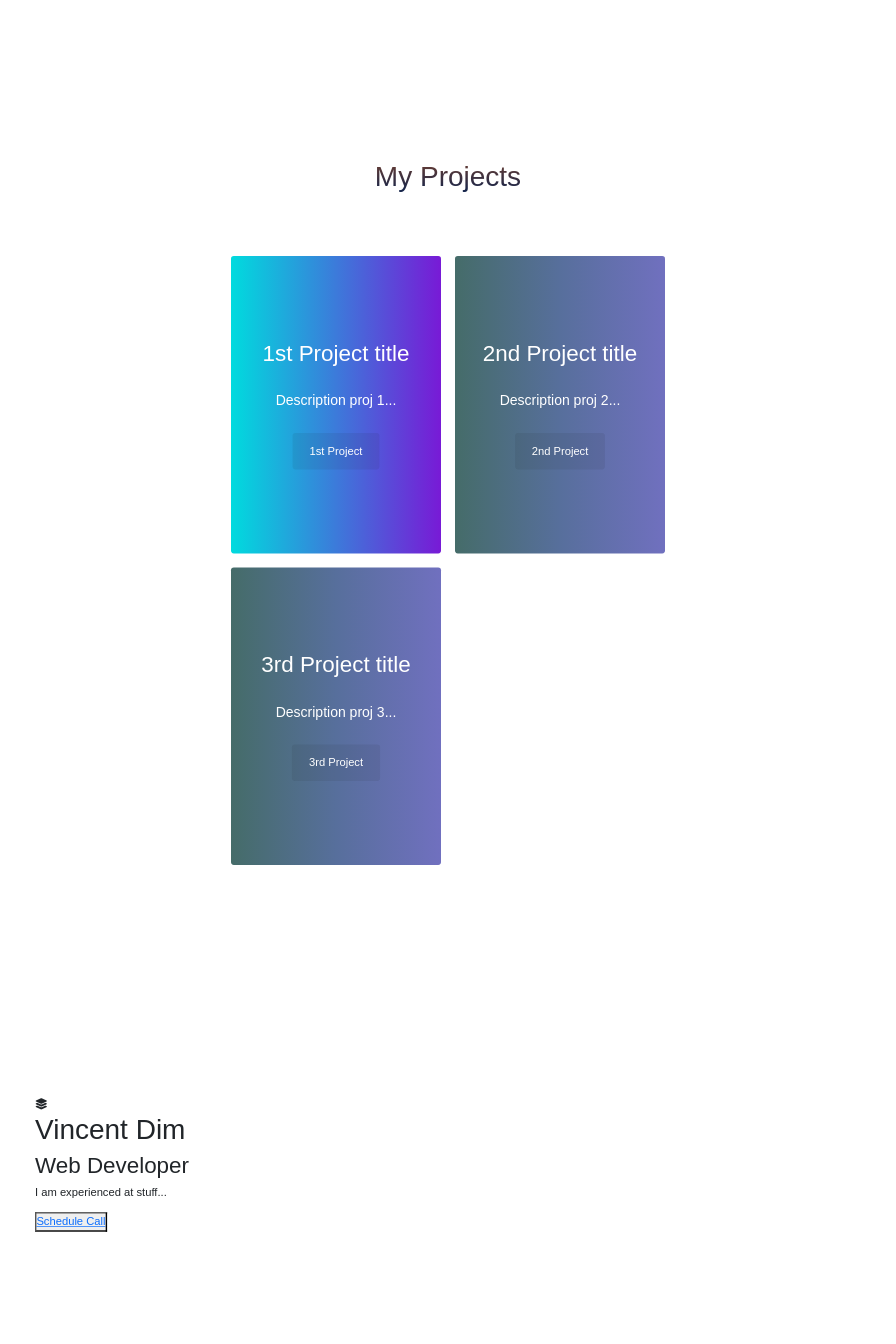
Repository: dvynchi/profile-2022
Page: index.html
These files come from the project's save history. The page is drawn as it stood at one moment and after the next save; the edit follows.
The browser window is 1280 px wide. The pictures show the part of the page from y = 871 to 2791 px (the page is 2791 px tall before and 2346 px after), at 70% of full size.
A picture or video elsewhere on the page could not be fetched, so the positions and the page height are approximate. Some web libraries are served in a nearby version.

Above is the page before, as saved 2022-08-15 12:41:09.

### index.html
<!DOCTYPE html>
<html lang="en">
<head>
    <meta charset="UTF-8">
    <meta http-equiv="X-UA-Compatible" content="IE=edge">
    <meta name="viewport" content="width=device-width, initial-scale=1.0">
    <title>Vincent Dim</title>
    <!-- embed remote icon library -->
    <script src="https://kit.fontawesome.com/f634dfbd28.js" crossorigin="anonymous"></script>
    <link rel="stylesheet" href="styles.css">
    <!-- embed remote style sheet - bootstrap -->
    <link rel="stylesheet" href="https://cdn.jsdelivr.net/npm/bootstrap@5.2.0/dist/css/bootstrap.min.css" rel="stylesheet" integrity="sha384-gH2yIJqKdNHPEq0n4Mqa/HGKIhSkIHeL5AyhkYV8i59U5AR6csBvApHHNl/vI1Bx" crossorigin="anonymous">
</head>

<body>

    <!-- Navbar Section -->

    <nav class="navbar">
        <div class="navbar_container">
            <a href="#about" id="navbar_logo"><i class="fa fa-home fa" aria-hidden="true"></i></a>  <!--<a> is used to create hyperlink named color-->

            <!--create hamburger menu (3 bars)-->

            <div class="navbar_toggle" id="mobile-menu">
                <span class="bar"></span>
                <span class="bar"></span>
                <span class="bar"></span>
            </div>

            <!--CREATE NAV MENU-->

            <ul class="navbar_menu">
                <!-- <li class="navbar_item">
                    <a href="#home" class="navbar_links" id="home-page">Home</a>
                </li> -->

                <li class="navbar_item">
                    <a href="#about" class="navbar_links" id="about-page">About</a>
                </li>

                <li class="navbar_item">
                    <a href="#projects" class="navbar_links" id="projects-page">Projects</a>
                </li>

                <li class="navbar_item">
                    <a href="#contact" class="navbar_links" id="contact-page">Contact Me</a>
                </li>

            </ul>
        </div>
    </nav>

    <!-- ABOUT SECTION -->
    <div class="main" id="about">
        <div class="main_container">
             <!-- SIDE BAR SECTION -->
             <div class="row">
                <div class="col-md-4 mt-1">
                    <div class="card text-center sidebar">
                        <div class="card-body">
                            <img src="vincent-image.jpg" class="rounded-circle" width="150" alt="profile picture here">
                            <div class="mt-3"><h3>Vincent Dim</h3></div>
                        </div>
                    </div>
                </div>

                <div class="col-md-8 mt-1">
                    <div class="card mb-3 content">
                        <h1 class="m-3 pt-3">About</h1>
                        <div class="card-body">
                            <div class="row">
                                <div class="col-md-3"><h5>Name</h5></div>
                                <div class="col-md-9 text-secondary"> Vincent Dim </div>
                            </div>
                            <hr> <!-- line break -->

                            <div class="row">
                                <div class="col-md-3"><h5>Email</h5></div>
                                <div class="col-md-9 text-secondary"> dvynchi@gmail.com</div>
                            </div>
                            <hr> <!-- line break -->

                            <div class="row">
                                <div class="col-md-3"><h5>Phone</h5></div>
                                <div class="col-md-9 text-secondary">647 704 2657</div>
                            </div>
                            <hr> <!-- line break -->

                            <div class="row">
                                <div class="col-md-3"><h5>Address</h5></div>
                                <div class="col-md-9 text-secondary">118 Vaughan Street, Guelph, ON</div>
                            </div>
                        </div>
                    </div>

                    <div class="card mb-3 content">
                        <h1 class="m-3">Portfolio</h1>
                        <div class="card-body">
                            <div class="row">
                                <div class="col-md-3">
                                    <h5>Current Portfolio</h5>
                                </div>
                                <div class="col-md-9 text-secondary">Link</div>
                            </div>
                        </div>
                    </div>
                </div>
            </div>
        </div>
    </div>

    <!-- PROJECTS SECTION (use image tag in place of p to insert an image)-->

    <div class="projects" id="projects">
        <h1>My Projects</h1>
        <div class="projects_wrapper">
            <div class="projects_card">
                <h2>1st Project title</h2>
                <p>Description proj 1...</p>
                <div class="projects_btn"><button>1st Project</button></div>
            </div>
            <!-- ------------------------- -->
            <div class="projects_card">
                <h2>2nd Project title</h2>
                <p>Description proj 2...</p>
                <div class="projects_btn"><button>2nd Project</button></div>
            </div>
            <!-- ------------------------- -->
            <div class="projects_card">
                <h2>3rd Project title</h2>
                <p>Description proj 3...</p>
                <div class="projects_btn"><button>3rd Project</button></div>
            </div>
        </div>
    </div>

    <!-- CONTACT SECTION (use image tag in place of p to insert an image)-->

    <div class="main" id="contact">
        <div class="main_container">
            <div class="main_img--container">
                <div class="main_img--card"><i class="fas fa-layer-group"></i></div>
            </div>
            <div class="main_content">
                <h1>Vincent Dim</h1>
                <h2>Web Developer</h2>
                <p>I am experienced at stuff...</p>
                <button class="main_btn"><a href="#">Schedule Call</a></button>
            </div>
        </div>
    </div>


    <!-- link app.js -->
    <!-- script tag is used to embed javascript-->
    <script src="app.js"></script>
</body>
</html>

### styles.css
* {
    box-sizing: border-box;
    margin: 0;
    padding: 0;
    font-family: 'Kumbh Sans', sans-serif;
    scroll-behavior: smooth;
}


/******************************************* NAVBAR SECTION ***********************************************/
.navbar {
    background: #131313;   /* Hex code */
    height: 80px;
    display: flex;
    justify-content: center;
    align-items: center;
    font-size: 1.4rem;        /* 1.4 x 16px */
    position: sticky;
    top: 0;
    z-index: 999;             /* so navbar is always on top when scrolling - prevents buttons from covering it*/
}

.navbar_container {
    display: flex;
    justify-content: space-between;
    text-align: center;
    height: 80px;
    z-index: 1;
    width: 100%;
    max-width: 1300px;
    margin: 0 auto ;           /* (top and bottom) (left and right) */
    padding: 0 50px;
}


/* id(#) is used to style only one element on the webpage */
/* class(.) is used to style multiple elements */


/* I added a logo as opposed to text */

#navbar_logo {
    margin: 10px;
    height: 60px;
    width: 60px;
    border-radius: 2px;
    display: flex;
    flex-direction: column;
    justify-content: center;
    color: #fff;
    background-image: linear-gradient(to right, #03324e 0%, #0e2d3e 100%);
}

.navbar_menu {
    display: flex;
    align-items: center;
    list-style: none;
}

.navbar_item {
    height: 80px;
}

.navbar_links {
    color: #fff;
    display: flex;
    align-items: center;
    justify-content: center;
    width: 125px;
    text-decoration: none;
    height: 100%;
    transition: all 0.3s ease;
}

/* button properties (if any)*/
.navbar_btn {
    display: flex;
    justify-content: center;
    align-items: center;
    padding: 0 1rem;
    width: 100%;
}

/* create color gradient for button --see uigradients.com */
.button {
    display: flex;
    justify-content: center;
    align-items: center;
    text-decoration: none;
    padding: 10px 20px;
    height: 100%;
    width: 100%;
    border: none;
    outline: none;
    border-radius: 4px;
    background: #833ab4;
    background: -webkit-linear-gradient(to right, #fcb045,#fd1d1d,#833ab4);
    background: linear-gradient(to right, #fcb045,#fd1d1d,#833ab4);
    color: #fff;
    transition: all 0.3s ease;
}

/* nav links glow upon hover */

.navbar_links:hover {
    color:#9518fc;
    transition: all 0.3s ease;
}

/* RESPONSIVENESS */
/* site adjusts width of display */
/* If [device width] is less than or equal to max-width do {..} */

@media screen and (max-width: 960px) {
    .navbar_container {
        display: flex;
        justify-content: space-between;
        height: 80px;
        z-index: 1;
        width: 100%;
        max-width: 1300px;
        padding: 0;
    }

    /* DROPDOWN PROPERTIES */
    .navbar_menu {
        display: grid;
        grid-template-columns: auto;
        margin: 0;
        width: 100%;
        position: absolute;
        top: -1000px;               /* Prevents navbar from clustering together if page is below max-width. Must be used with position absolute */
        opacity: 1;
        transition: all 0.5s ease;
        z-index: -1;
    }

    .navbar_menu.active {
        background: #131313;
        top: 100%;
        opacity: 1;
        transition: all 0.5s ease;
        z-index: 99;
        height: 40vh;
        font-size: 1.6rem;
    }

    #navbar_logo {
        padding-left: 1px;       /* original padding was 25px */
    }

    /* HAMBURGER SECTION */

    .navbar_toggle .bar {
        width: 25px;
        height: 3px;
        margin: 5px auto;
        transition: all 0.3s ease-in-out;
        background: #fff;
    }

    .navbar_item {
        width: 100%;
    }
     .navbar_links {
        text-align: center;
        padding: 2rem;
        width: 100%;
        display: table;
    }

    .navbar_btn  {
        padding-bottom: 2rem;
    }

    .button
    {
        display: flex;
        justify-content: center;
        align-items: center;
        width: 80%;
        height: 80px;
        margin: 0;
    }

    /* HAMBURGER */

    #mobile-menu
    {
        position: absolute;
        top: 20%;
        right: 5%;
        transform: translate(5%, 20%);
    }

    .navbar_toggle .bar
    {
        display: block;
        cursor: pointer;
    }

    /* hamburger menu animation (see app.js) */
    /* hamburger menu id was defined as 'mobile-menu' in index.html */
    /* rotate bars 1,3; but hide bar 2 */

    #mobile-menu.is-active .bar:nth-child(2)
    {
        opacity: 0;
    }
    #mobile-menu.is-active .bar:nth-child(1)
    {
        transform: translateY(8px) rotate(45deg);
    }
    #mobile-menu.is-active .bar:nth-child(3)
    {
        transform: translateY(-8px) rotate(-45deg);
    }

}


/* SCROLL ATTRIBUTE */
.highlight {
    border-bottom: 4px solid rgb(132, 0, 255);
}

/******************************************* ABOUT SECTION ***********************************************/

.main
{
    background-color:  white;
    padding: 10rem 0;
}

.main_container
{
    display: grid;
    grid-template-columns: 1fr;      /*original was 1fr 1fr - split into two halves but not enough space */
    align-items: center;
    justify-content: center;
    margin: 0 auto;
    height: 90%;
    z-index: 1;
    width: 100%;
    max-width: 1300px;
    padding: 0 50px;
}








/* Mobile Responsiveness for About Section */

@media screen and (max-width: 1100px)
{
    main_container
    {
        display: grid;
        grid-template-columns: 1fr;
        align-items: center;
        justify-content: center;
        width: 100%;
        margin: 0 auto;
        height: 90%;
    }

    /* .main_img--container
    {
        display: flex;
        justify-content: center;
    }

    .main_img--card
    {
        height: 425px;
        width: 425px;
    } */

    .main_content
    {
        text-align:center;
        margin-bottom: 4rem;
    }

    .main_content h1
    {
        font-size: 2.5rem;
        margin-top: 2rem;
    }

    .main_content h2
    {
        font-size: 2.5rem;
    }

    .main_content p
    {
        font-size: 1rem;
        margin-top: 1.5rem;
    }
}


/******************************************* PROJECTS SECTION ***********************************************/

.projects {
    background: white;
    display: flex;
    flex-direction: column;
    justify-content: center;
    align-items: center;
    height: 100%;
    padding: 10rem 0;
  }

.projects h1 {
    background-color: #6207c4;
    background-image: linear-gradient(to top, #10234c 0%, #724030 100%);
    background-size: 100%;
    -webkit-background-clip: text;
    -moz-background-clip: text;
    -webkit-text-fill-color: transparent;
    -moz-text-fill-color: transparent;
    margin-bottom: 5rem;
    font-size: 2.5rem;
}

.projects_wrapper {
    display: grid;
    grid-template-columns: 1fr 1fr 1fr;     /* add more per new project */
    grid-template-rows: 1fr;
}

/* Add color to each card */

.projects_card {
    margin: 10px;
    height: 425px;
    width: 300px;
    border-radius: 4px;
    display: flex;
    flex-direction: column;
    justify-content: center;
    color: #fff;
    background-image: linear-gradient(to right, #00dbde 0%, #781ad6 100%);
    transition: 0.3s ease-in;
}

.projects_card:nth-child(2) {
    background: #7F7FD5;  /* fallback for old browsers */
    background: -webkit-linear-gradient(to right, #3b837e, #627aa6, #6f6fb9);  /* Chrome 10-25, Safari 5.1-6 */
    background: linear-gradient(to right, #456c69, #576f9c, #7070bf);
}

.projects_card:nth-child(3) {
    background: #7F7FD5;  /* fallback for old browsers */
    background: -webkit-linear-gradient(to right, #3b837e, #627aa6, #6f6fb9);  /* Chrome 10-25, Safari 5.1-6 */
    background: linear-gradient(to right, #456c69, #576f9c, #7070bf);
}

/* .projects_card:nth-child(4) {
    background: #7F7FD5;
    background: -webkit-linear-gradient(to right, #3b837e, #627aa6, #6f6fb9);
    background: linear-gradient(to right, #456c69, #576f9c, #7070bf);
} */

.projects_card h2 {
    text-align: center;
}

.projects_card p {
    text-align: center;
    margin-top: 24px;
    font-size: 20px;
}

.projects_btn {
    display: flex;
    justify-content: center;
    margin-top: 16px;
}

/* button properties and animation. The entire card is the button */

.projects_card button {
    color: #fff;
    padding: 14px 24px;
    border: none;
    outline: none;
    border-radius: 4px;
    background: #13131313;
    font-size: 1rem;
}

.projects_card button:hover {
    cursor: pointer;
}

.projects_card:hover {
    transform: scale(1.075);
    transition: 0.3s ease-in;
    cursor: pointer;
}

/* split cards into grid at specified browser width */

@media screen and (max-width: 1300px) {
    .projects_wrapper {
        grid-template-columns: 1fr 1fr;
    }
}

@media screen and (max-width: 768px) {
    .projects_wrapper {
        grid-template-columns: 1fr;
    }
}

### app.js
const ham = document.querySelector('#mobile-menu');
const hamLinks = document.querySelector('.navbar_menu');
// const navLogo = document.querySelector('#navbar_logo')

/* display mobile menu using arrow function */
/* toggle the "is-active" class made in css */

const mobileMenu = () =>
{
    ham.classList.toggle('is-active');
    hamLinks.classList.toggle('active');
};

/* Run hamMenu function upon click */
ham.addEventListener('click', mobileMenu);

After the next save:
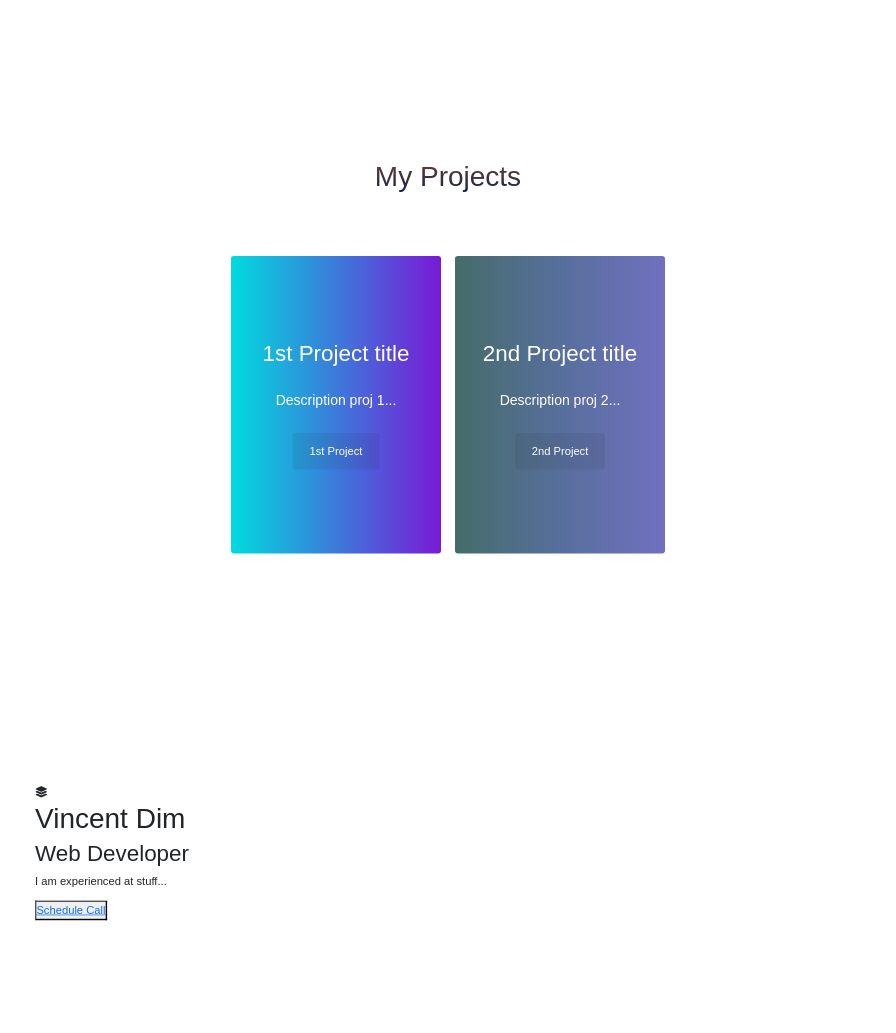
Saved 9 min 11 s later.
--- a/index.html
+++ b/index.html
@@ -127,11 +127,11 @@
                 <div class="projects_btn"><button>2nd Project</button></div>
             </div>
             <!-- ------------------------- -->
-            <div class="projects_card">
+            <!-- <div class="projects_card">
                 <h2>3rd Project title</h2>
                 <p>Description proj 3...</p>
                 <div class="projects_btn"><button>3rd Project</button></div>
-            </div>
+            </div> -->
         </div>
     </div>
 
